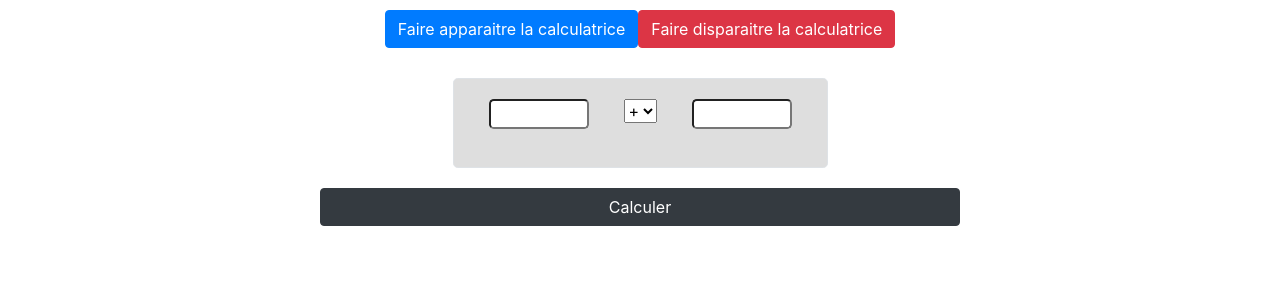
Repository: julieLyM/calculatrice
Page: calculatrice.html
The author's editor kept a copy of each file at every save. The page is drawn from the files as they stood at one save, then again after the next save.
The browser window is 1280 px wide. The pictures show the whole page.

Above is the page before, as saved 2020-12-08 15:36:23.

After the next save:
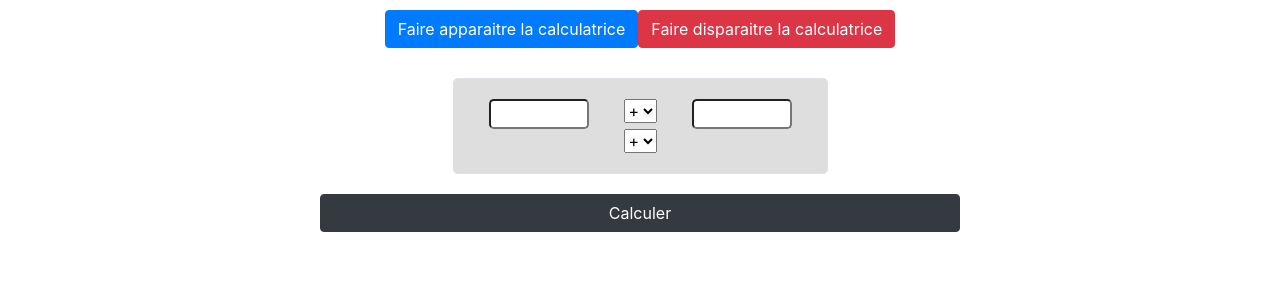
Saved 4 s later.
--- a/calculatrice.html
+++ b/calculatrice.html
@@ -30,11 +30,16 @@
             </select>
           </div>
           <div class="col">
-          <input type="text" class="rounded-lg"  id="nombre2" style="width: 100px;">
+            <input type="text" class="rounded-lg"  id="nombre2" style="width: 100px;">
           </div>
+          <br>          <select name="calcul" id="operateur">
+            <option>+</option>
+            <option>-</option>
+            <option>*</option>
+            <option>/</option>
+          </select
           <br>
-          <br>
-        </div>
+          </div>
         <div class="row justify-content-center" style="margin-top: 20px">
           <button type="button" class="btn btn-dark w-50" id="calculer">Calculer</button>
         </div>

After the save that followed:
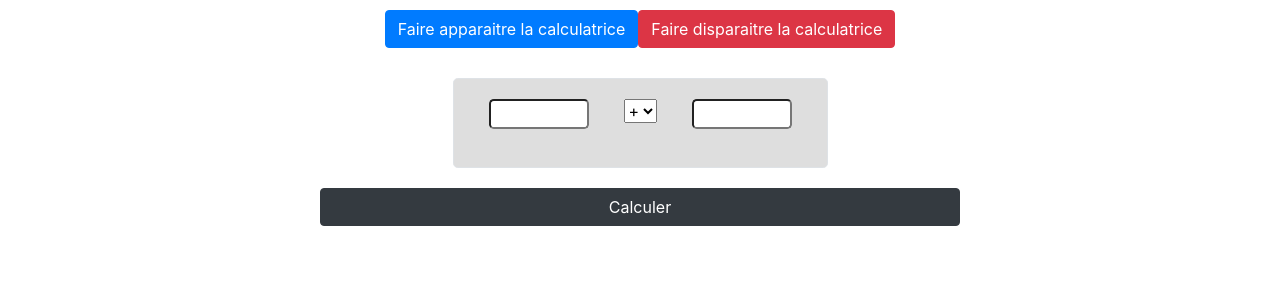
Saved 6 s later.
--- a/calculatrice.html
+++ b/calculatrice.html
@@ -32,12 +32,7 @@
           <div class="col">
             <input type="text" class="rounded-lg"  id="nombre2" style="width: 100px;">
           </div>
-          <br>          <select name="calcul" id="operateur">
-            <option>+</option>
-            <option>-</option>
-            <option>*</option>
-            <option>/</option>
-          </select
+          <br>
           <br>
           </div>
         <div class="row justify-content-center" style="margin-top: 20px">
